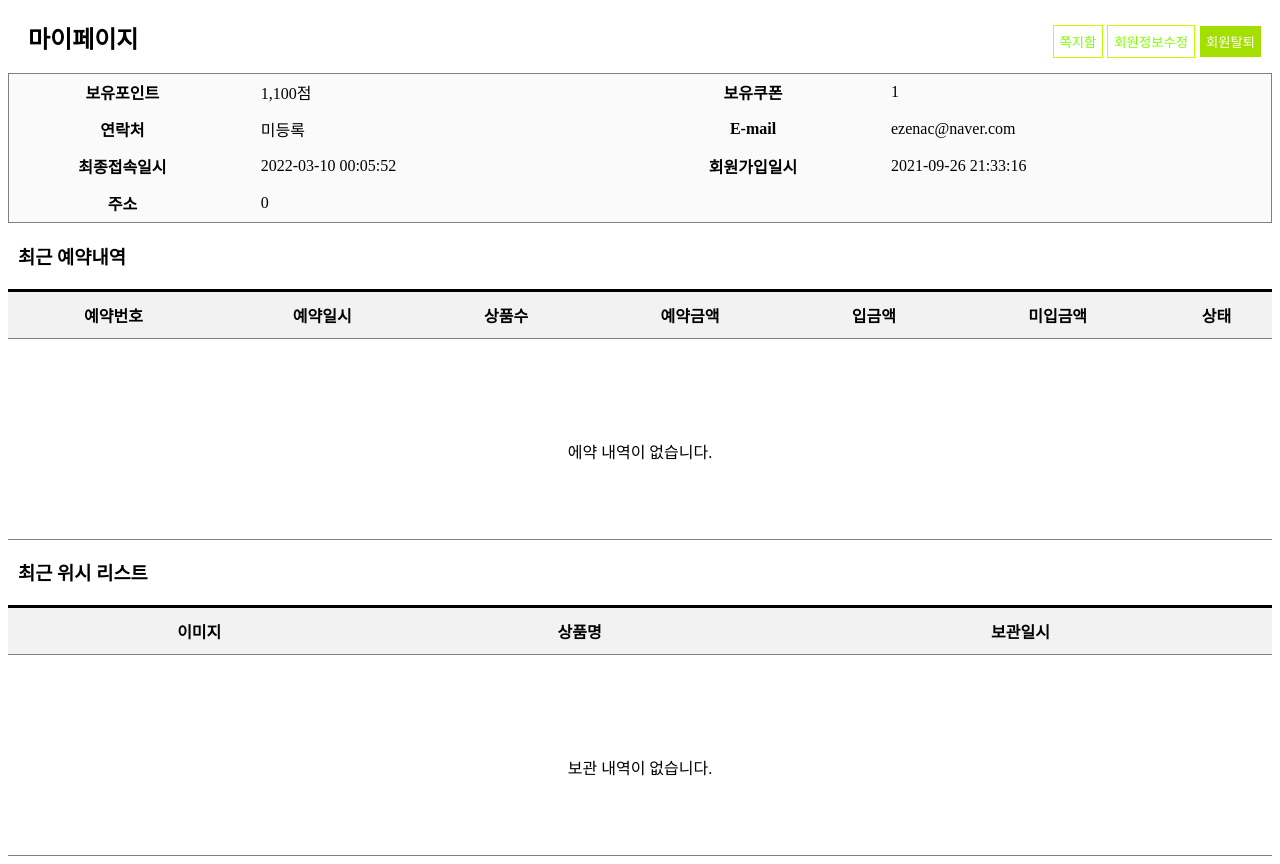
Repository: ks12b0000/JSP-School-Class
Page: chap10_JSP/src/main/webapp/Test/myPage.html
The author's editor kept a copy of each file at every save. The page is drawn from the files as they stood at one save, then again after the next save.
The browser window is 1280 px wide. The pictures show the whole page.

Above is the page before, as saved 2022-06-04 11:36:06.

After the next save:
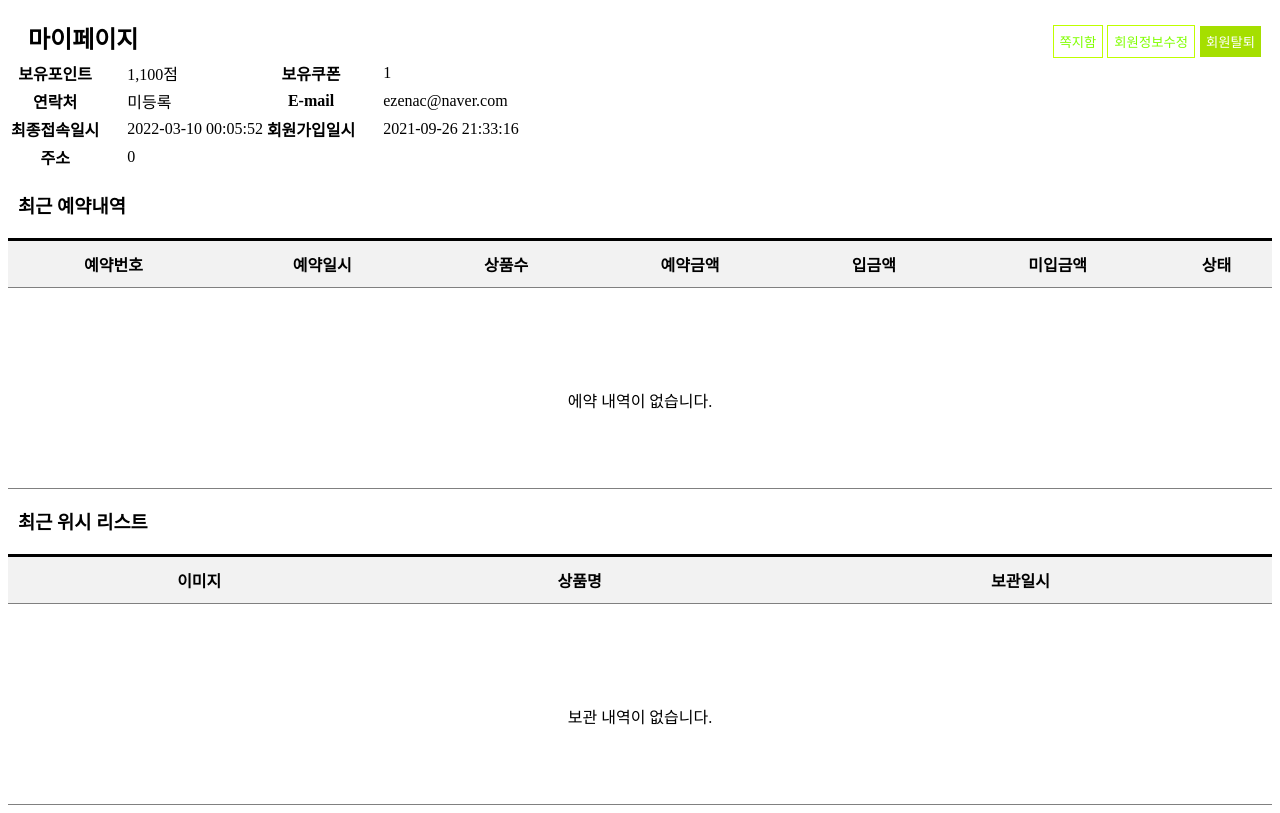
Saved 32 s later.
--- a/chap10_JSP/src/main/webapp/Test/myPage.html
+++ b/chap10_JSP/src/main/webapp/Test/myPage.html
@@ -13,7 +13,7 @@
 		<a href="#"><input id="Revise" type="button" value="회원정보수정" /></a>
 		<a href="#"><input id="secession" type="button" value="회원탈퇴" /></a>
 	</div>
-	<table class="Profile">
+	<table class="Profile111">
 		<tr>
 			<th><strong>보유포인트</strong></th><td>&nbsp;&nbsp;&nbsp;&nbsp;&nbsp;&nbsp;1,100점</td>
 			<th><strong>보유쿠폰</strong></th><td>&nbsp;&nbsp;&nbsp;&nbsp;&nbsp;&nbsp;1</td>
